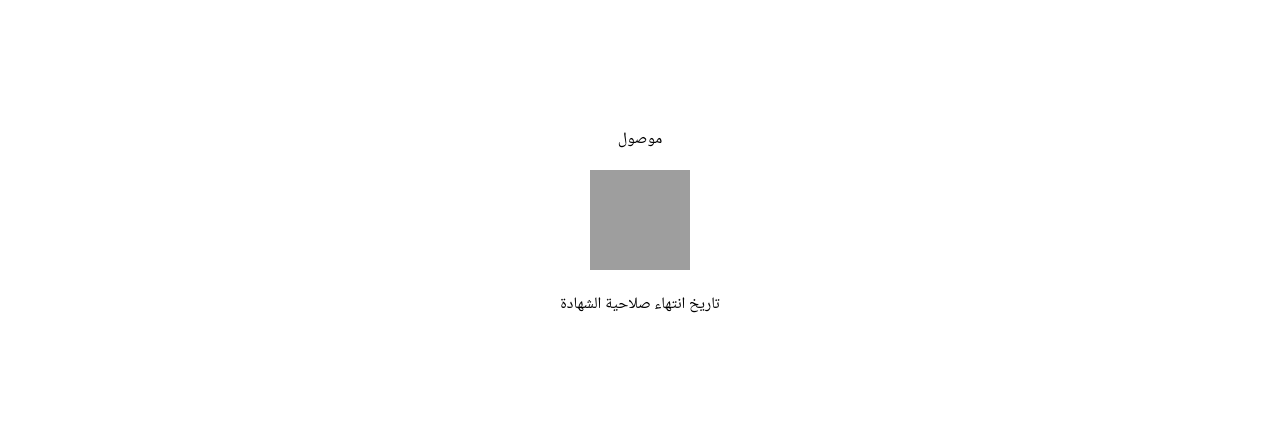
Repository: khanshakiil/ArabicHTMLToPDF
Page: HospitalFrontDesk/src/main/resources/html.html
These files come from the project's save history. The page is drawn as it stood at one moment and after the next save; the edit follows.
The browser window is 1280 px wide. The pictures show the whole page.
Pictures or frames that could not be fetched are drawn as grey boxes.

Above is the page before, as saved 2020-03-05 20:10:16.

After the next save:
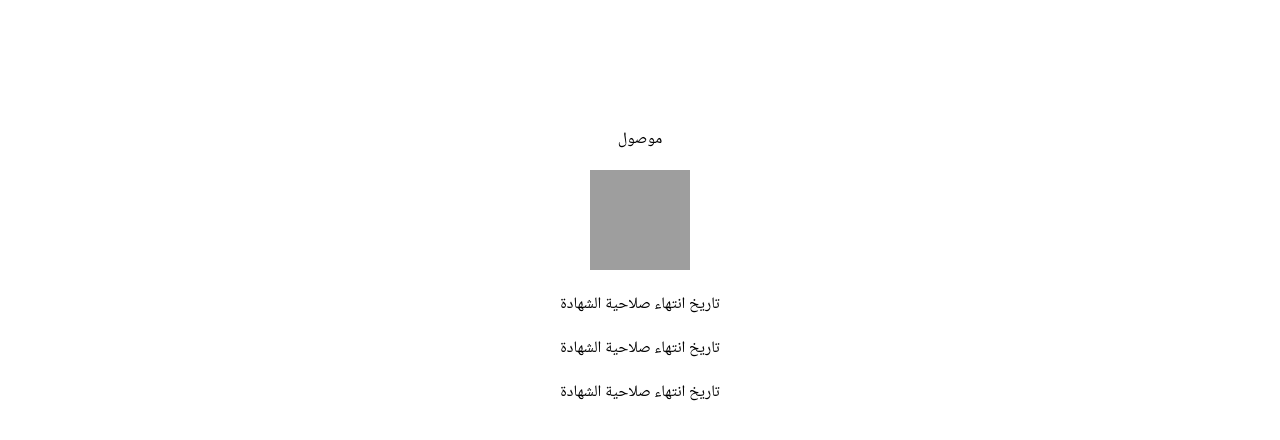
Saved 40 s later.
--- a/HospitalFrontDesk/src/main/resources/html.html
+++ b/HospitalFrontDesk/src/main/resources/html.html
@@ -28,6 +28,8 @@ height: 100px;
 <tr align="center"><td dir="rtl" style="font-family: Noto Naskh Arabic">موصول</td></tr>
 <tr align="center"><td dir="rtl"><img src="E:\\qrcode.png" id="qrCode"></img></td> </tr>
 <tr align="center"><td dir="rtl" style="font-family: Noto Naskh Arabic">تاريخ انتهاء صلاحية الشهادة </td></tr>
+<tr align="center"><td dir="rtl" style="font-family: Noto Naskh Arabic">تاريخ انتهاء صلاحية الشهادة </td></tr>
+<tr align="center"><td dir="rtl" style="font-family: Noto Naskh Arabic">تاريخ انتهاء صلاحية الشهادة </td></tr>
 
 </table></center>
 </body>
